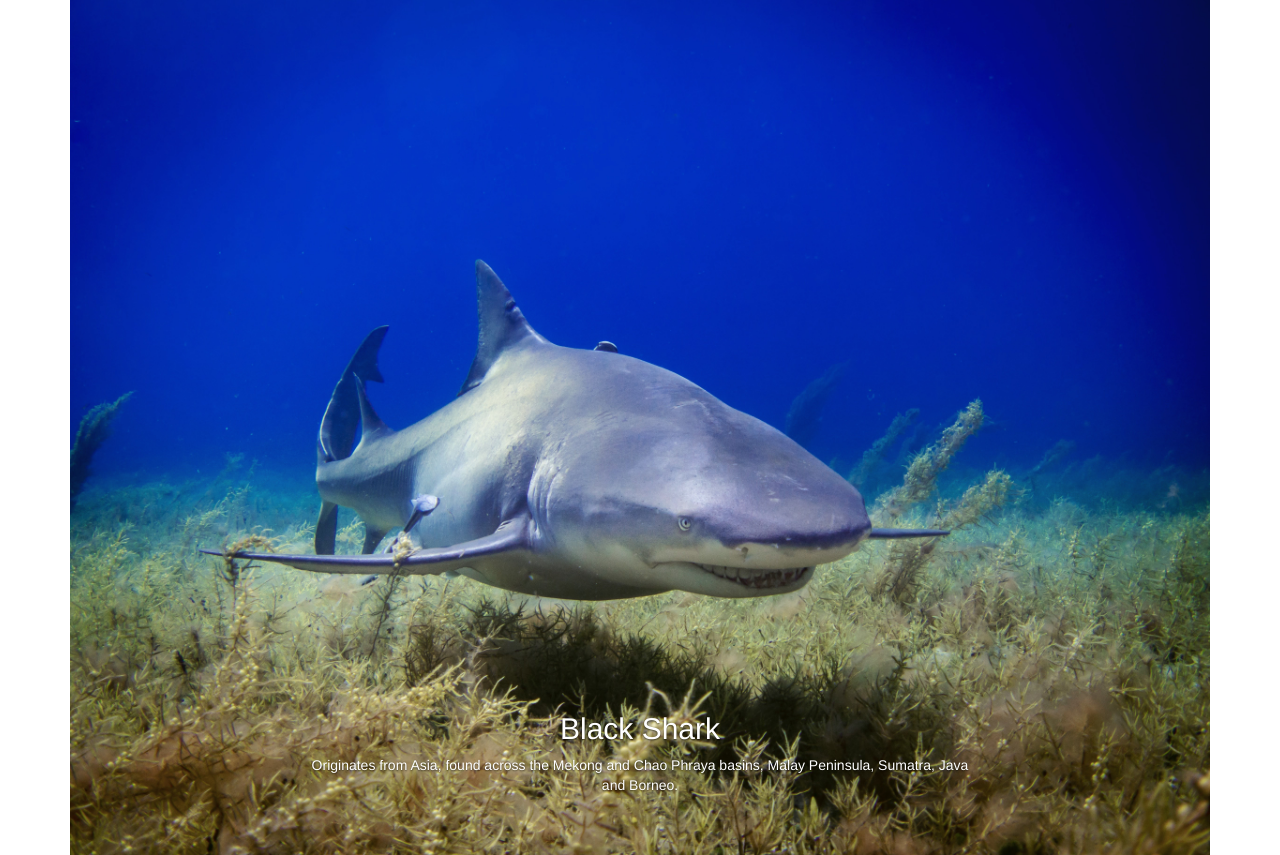
Repository: lacey-crenshaw/carousel
Page: index.html
An editor plug-in stored every save of this project. The page is shown before and after the next save, followed by the edit.
The browser window is 1280 px wide. The pictures show the whole page.

Above is the page before, as saved 2020-02-16 17:27:12.

### index.html
<!DOCTYPE html>
<html lang="en">

<head>
    <link rel="stylesheet" href="https://maxcdn.bootstrapcdn.com/bootstrap/3.4.1/css/bootstrap.min.css">
    <meta charset="utf-8">
    <title>Bootstrap Carousel</title>



</head>

<body>

    <div class="container">
        <div class="row">
            <div class="col-sm-12">

                <div id="my-slider" class="carousel slide" data-ride="carousel">

                    <!-- indicators nav -->

                    <!-- wrapper for slides -->
                    <div class="carousel-inner" role="listbox">
                        <div class="item active">
                            <img src="images/blackShark.jpg" alt="Black Shark">
                            <div class="carousel-caption">
                                <h2>Black Shark</h2>
                                <p>Originates from Asia, found across the Mekong and Chao Phraya basins, Malay Peninsula, Sumatra, Java and Borneo.</p>
                            </div>
                        </div>

                    </div>

                    <!-- controls for next and previous buttons -->



                </div>

            </div>
        </div>
    </div>


    <script src="https://ajax.googleapis.com/ajax/libs/jquery/3.4.1/jquery.min.js"></script>
    <script src="https://maxcdn.bootstrapcdn.com/bootstrap/3.4.1/js/bootstrap.min.js"></script>
</body>

</html>

After the next save:
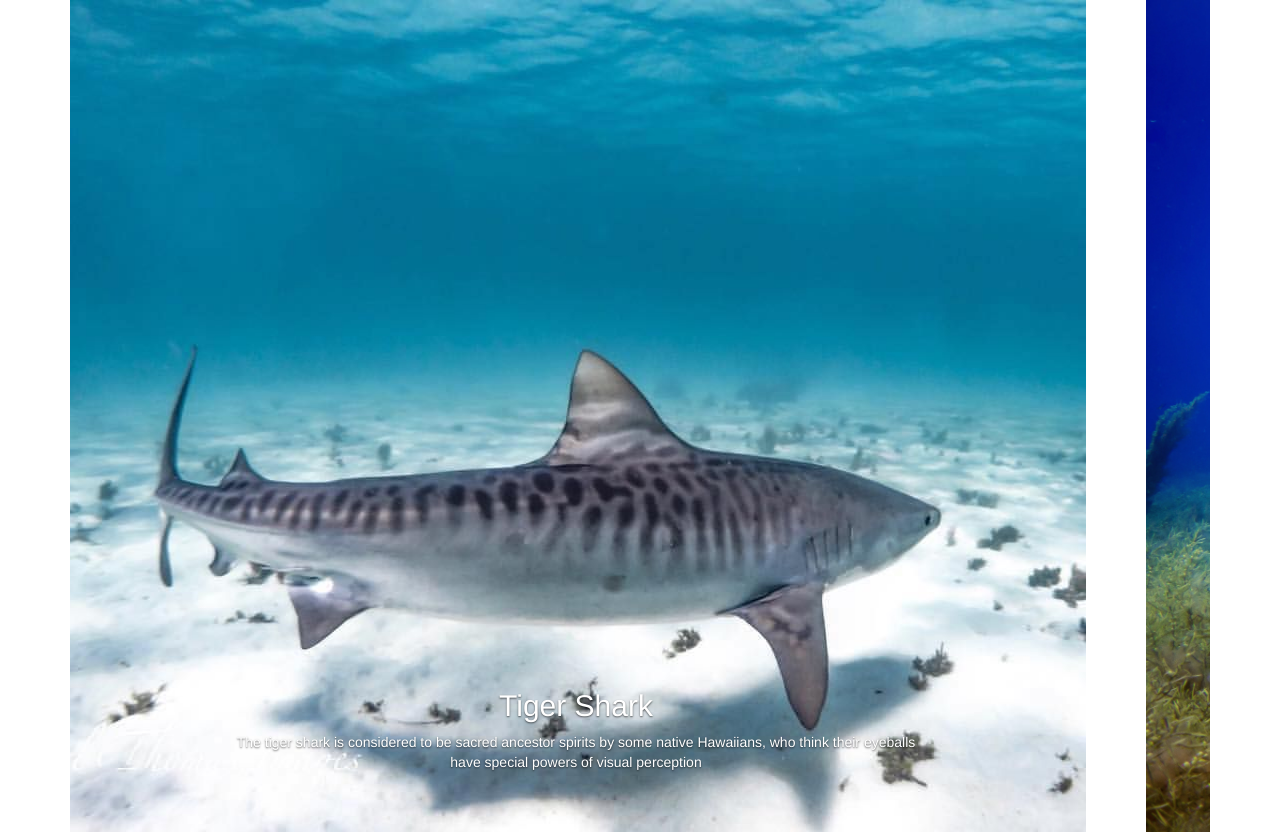
Saved 3 min 41 s later.
--- a/index.html
+++ b/index.html
@@ -23,6 +23,38 @@
                     <!-- wrapper for slides -->
                     <div class="carousel-inner" role="listbox">
                         <div class="item active">
+                            <img src="images/tigerShark.jpg" alt="Black Shark">
+                            <div class="carousel-caption">
+                                <h2>Tiger Shark</h2>
+                                <p>The tiger shark is considered to be sacred ancestor spirits by some native Hawaiians, who think their eyeballs have special powers of visual perception</p>
+                            </div>
+                        </div>
+
+                        <div class="item">
+                            <img src="images/blackShark.jpg" alt="Black Shark">
+                            <div class="carousel-caption">
+                                <h2>Black Shark</h2>
+                                <p>Originates from Asia, found across the Mekong and Chao Phraya basins, Malay Peninsula, Sumatra, Java and Borneo.</p>
+                            </div>
+                        </div>
+
+                        <div class="item">
+                            <img src="images/blackShark.jpg" alt="Black Shark">
+                            <div class="carousel-caption">
+                                <h2>Black Shark</h2>
+                                <p>Originates from Asia, found across the Mekong and Chao Phraya basins, Malay Peninsula, Sumatra, Java and Borneo.</p>
+                            </div>
+                        </div>
+
+                        <div class="item">
+                            <img src="images/blackShark.jpg" alt="Black Shark">
+                            <div class="carousel-caption">
+                                <h2>Black Shark</h2>
+                                <p>Originates from Asia, found across the Mekong and Chao Phraya basins, Malay Peninsula, Sumatra, Java and Borneo.</p>
+                            </div>
+                        </div>
+
+                        <div class="item">
                             <img src="images/blackShark.jpg" alt="Black Shark">
                             <div class="carousel-caption">
                                 <h2>Black Shark</h2>
